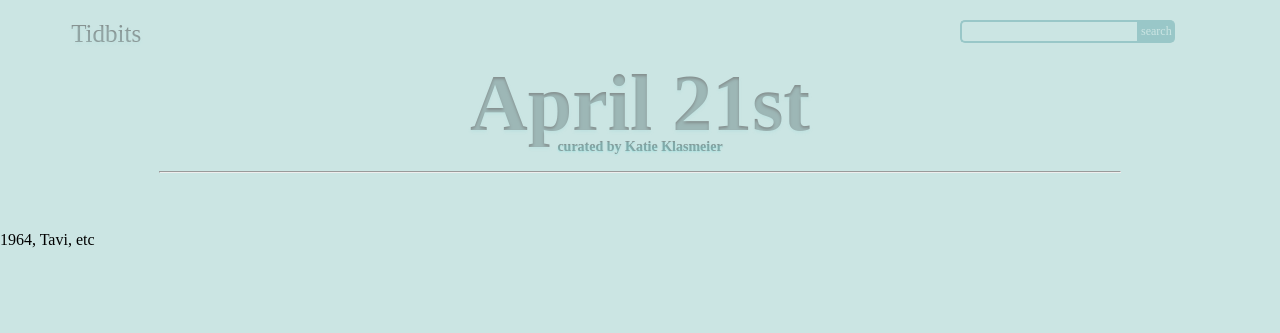
Repository: kklasmei/kklasmei.github.io
Page: tidbits/april21.html
The author's editor kept a record of every edit. The page is drawn from the files as they stood at one moment, then again after the next edit.
The browser window is 1280 px wide. The pictures show the whole page.

Above is the page before.

### tidbits/april21.html
<html>
    <head>
        <title>April 21</title>
        <link rel="stylesheet" href="tidbits.css">
    </head>
    <body>
    <div id="search">
		<form id="searchbody" method="get" action="http://kklasmei.github.io/tidbits/home.html">
		        <input type="text" class="bar" maxlength="70"><input type="submit" value="search" class="button">
		</form>
		    	<p1> Tidbits </p1>
	<div class="tfclear"></div>
	</div>
        <h1> April 21st </h1>
        <h2> curated by Katie Klasmeier </h2>
        <hr>
    	<br>
    	<p2>1964, Tavi, etc</p2>



    </body>
</html>

### tidbits/tidbits.css
h1 {
    text-align: center;
    font-size: 80;
    padding-top: 10;
    margin-bottom: -10;
    margin-top: 0;
    font-family: Archer;
    opacity: .6;
    background-color: #565656;
    color: transparent;
    text-shadow: 0px 2px 3px rgba(167,219,219,.5);
  -webkit-background-clip: text;
     -moz-background-clip: text;
          background-clip: text;
}

h2 {
    text-align: center;
    font-size: 14;
    font-family: Archer;
    opacity: .6;
    background-color: #565656;
    padding-bottom: 8;
    padding-top: -40;
    margin: 0;
    color: transparent;
    text-shadow: 0px 1px 2px rgba(68,219,219,.5);
  -webkit-background-clip: text;
     -moz-background-clip: text;
          background-clip: text;
}

body {
    background: #cbe5e3;
    margin: 0;
    padding: 0;
}

hr {
    margin-bottom: 40;
    width: 75%;
    color: #44dbdb;
    display: block;
    height: 0;
}

.submit {
    text-align: center;
}

.month, .day {
    display: inline;
}

.date {
    text-align: center;
}

#searchbody {
	float: right;
	padding-left: 75%;
	padding-top: 20px;
	margin-right: 20px;
	position: absolute;

}

.bar {
		margin: 0;
		padding: 2px 10px;
		font-family: Archer;
		font-size: 12px;
		border: 2px solid #99c7c8; border-right: 0px;
		border-top-left-radius: 5px 5px;
		border-bottom-left-radius: 5px 5px;
		background-color: transparent;
}

.bar:focus {
    outline: none;
}

.button {
		margin: 0;
		padding: 3px 3px;
		font-family: Archer;
		font-size: 12px;
		cursor: pointer;
		text-align: center;
		outline: none;
		color: #cbe5e3;
		border: solid 1px #99c7c8; border-right:0px;
		background: #99c7c8;
		background: -webkit-gradient(linear, left top, left bottom, from(#99c7c8), to(#99c7c8));
		background: -moz-linear-gradient(top,  #99c7c8,  #99c7c8);
		border-top-right-radius: 5px 5px;
		border-bottom-right-radius: 5px 5px;
	}
	.tfbutton:hover {
		text-decoration: none;
		background: #99c7c8;
		background: -webkit-gradient(linear, left top, left bottom, from(#99c7c8), to(#99c7c8));
		background: -moz-linear-gradient(top,  #99c7c8,  #99c7c8);
	}
	/* Fixes submit button height problem in Firefox */
	.tfbutton::-moz-focus-inner {
	  border: 0;
	}
	.tfclear{
		clear:both;
	}

p1 {
    font-family: Archer-Bold;
    float: left;
    font-size: 25;
    padding-top: 20px;
    margin-left: 20px;
    padding-left: 4%;
    opacity: .6;
    background-color: #565656;
    color: transparent;
    text-shadow: 0px 2px 3px rgba(167,219,219,.5);
  -webkit-background-clip: text;
     -moz-background-clip: text;
          background-clip: text;
}

p1, #searchbody {
    display: inline;
}

After the next edit:
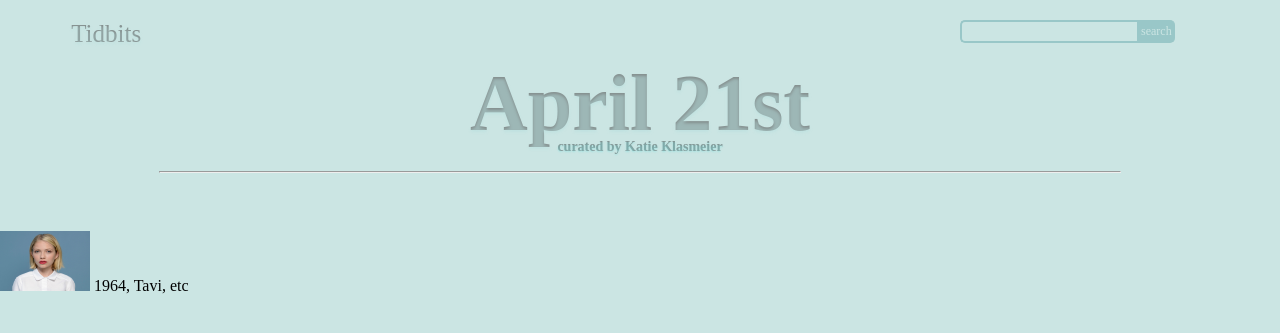
The edit:
--- a/tidbits/april21.html
+++ b/tidbits/april21.html
@@ -15,6 +15,7 @@
         <h2> curated by Katie Klasmeier </h2>
         <hr>
     	<br>
+    	<img src="tidbits/tavi.jpg" height= 60 width= 90>
     	<p2>1964, Tavi, etc</p2>
 
 
